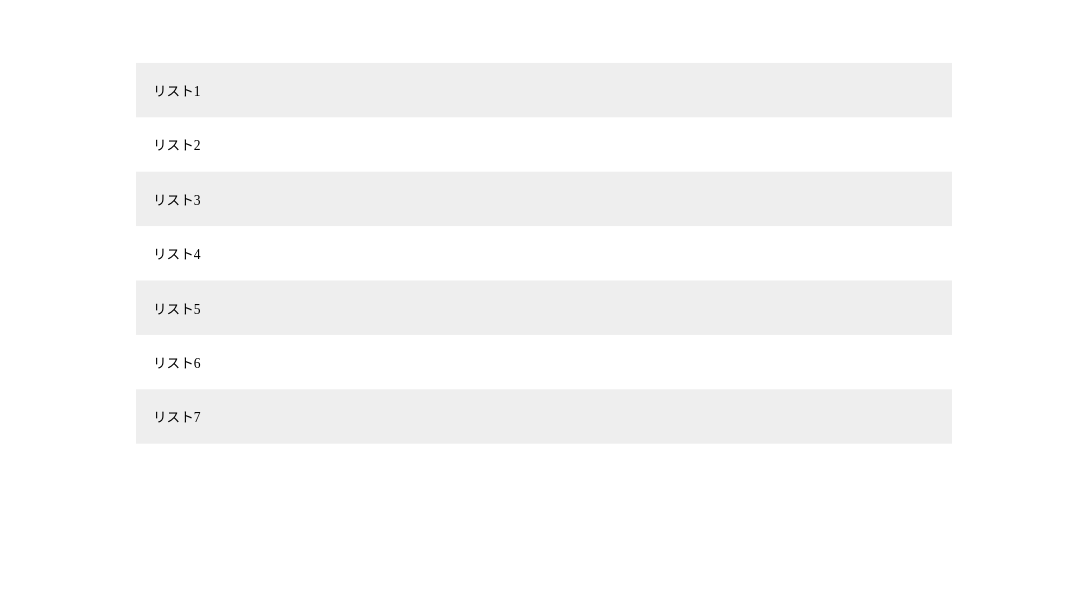
Repository: gukbvhrsui/r
Page: review5/review5.html
The author's editor kept a record of every edit. The page is drawn from the files as they stood at one moment, then again after the next edit.
The browser window is 1280 px wide. The pictures show the whole page, at 85% of full size.

Above is the page before.

### review5/review5.html
<!DOCTYPE html>
<html>
  <head>
    <meta charset="UTF-8">
    <title>演習１－８</title>
    <link rel="stylesheet" href="review5.css">
  </head>
  <body>
    <main>
    　<div class="main-list-box">
       <p class="main-list">リスト1</p>
       <p class="main-list">リスト2</p>
       <p class="main-list">リスト3</p>
       <p class="main-list">リスト4</p>
       <p class="main-list">リスト5</p>
       <p class="main-list">リスト6</p>
       <p class="main-list">リスト7</p>
    </main>
  </body>
</html>

### review5/review5.css
* {
  margin: 0;
  padding: 0;
  box-sizing: border-box;
}

main {
  width: 960px;
  margin: 50px auto;
}

.main-list-box {
  margin-bottom: 50px;
}

.main-list {
  list-style: none;
  padding: 20px;
}

.main-list:nth-child(odd) {
  background-color: #eee;
}

.main-box {
  display: flex;
  flex-wrap: wrap;
}

.box {
  width: 30%;
  height: 200px;
  background-color: #ffd700;
  margin-right: 5%;
  margin-bottom: 40px;
}

.box:first-child,
.box:nth-child(5),
.box:last-child {
  background-color: #ff8c00;
}

.box:nth-child(3n) {
  margin-right: 0;
}

.box:nth-child(-n + 3) {
  margin-bottom: 0
}

After the next edit:
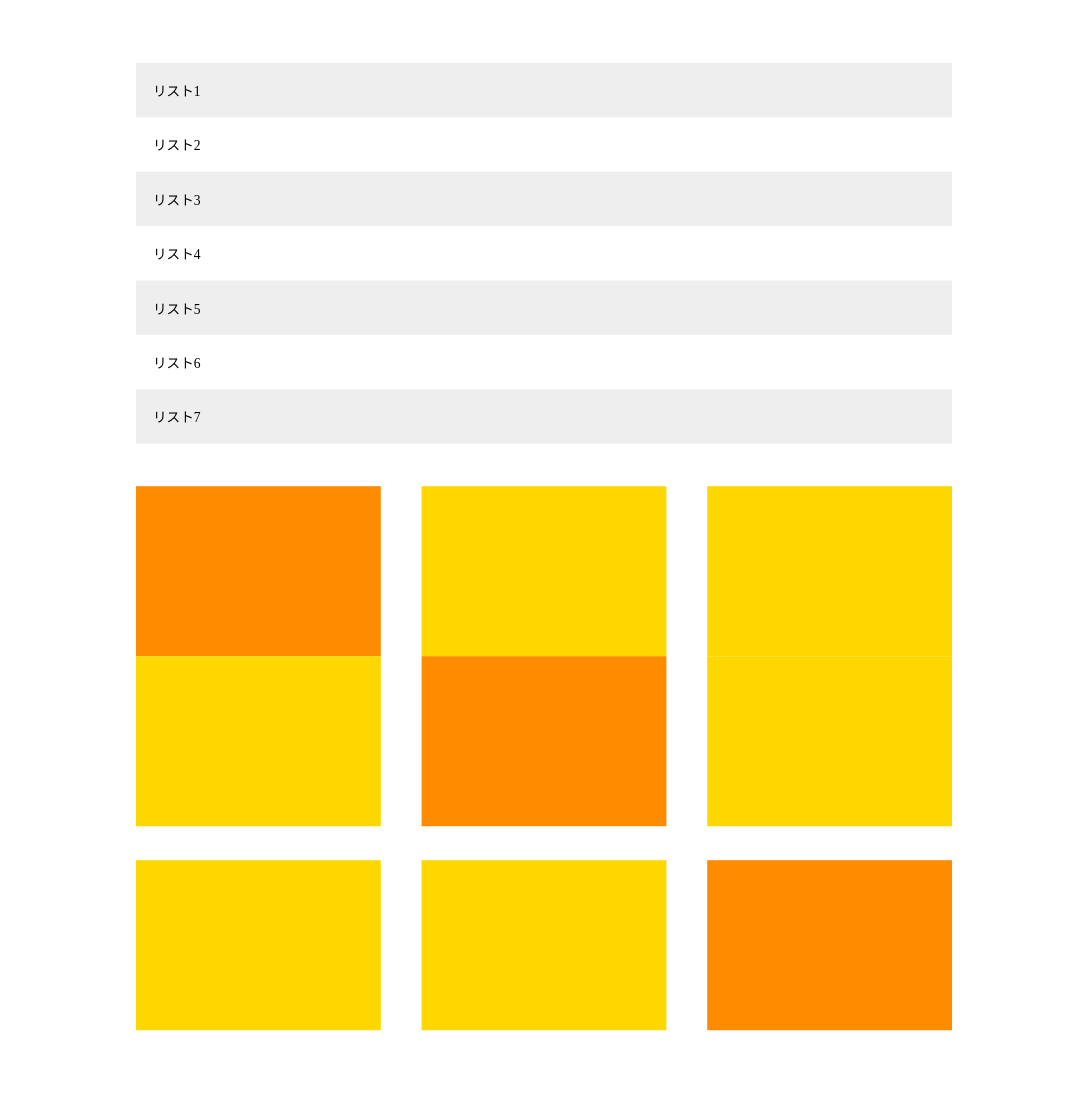
The edit:
--- a/review5/review5.html
+++ b/review5/review5.html
@@ -15,6 +15,18 @@
        <p class="main-list">リスト5</p>
        <p class="main-list">リスト6</p>
        <p class="main-list">リスト7</p>
+      </div>
+      <div class="main-box">
+        <div class="box"></div>
+        <div class="box"></div>
+        <div class="box"></div>
+        <div class="box"></div>
+        <div class="box"></div>
+        <div class="box"></div>
+        <div class="box"></div>
+        <div class="box"></div>
+        <div class="box"></div>
+      </div>
     </main>
   </body>
 </html>
